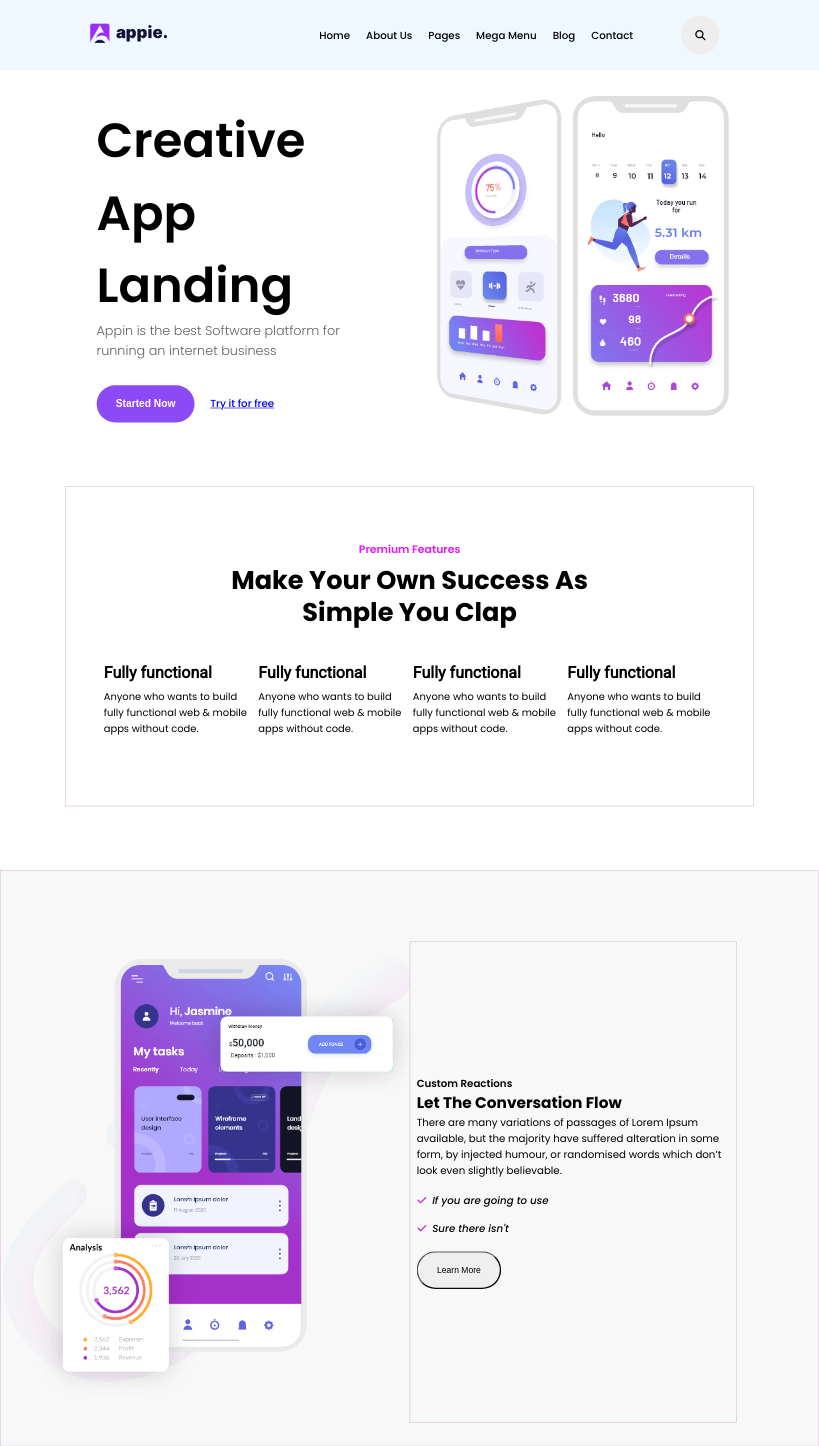
Repository: northpx/landingpage
Page: index.html
The author's editor kept a copy of each file at every save. The page is drawn from the files as they stood at one save, then again after a run of saves.
The browser window is 1280 px wide. The pictures show the whole page, at 64% of full size.

Above is the page before, as saved 2022-12-28 16:04:42.

After the next 3 saves:
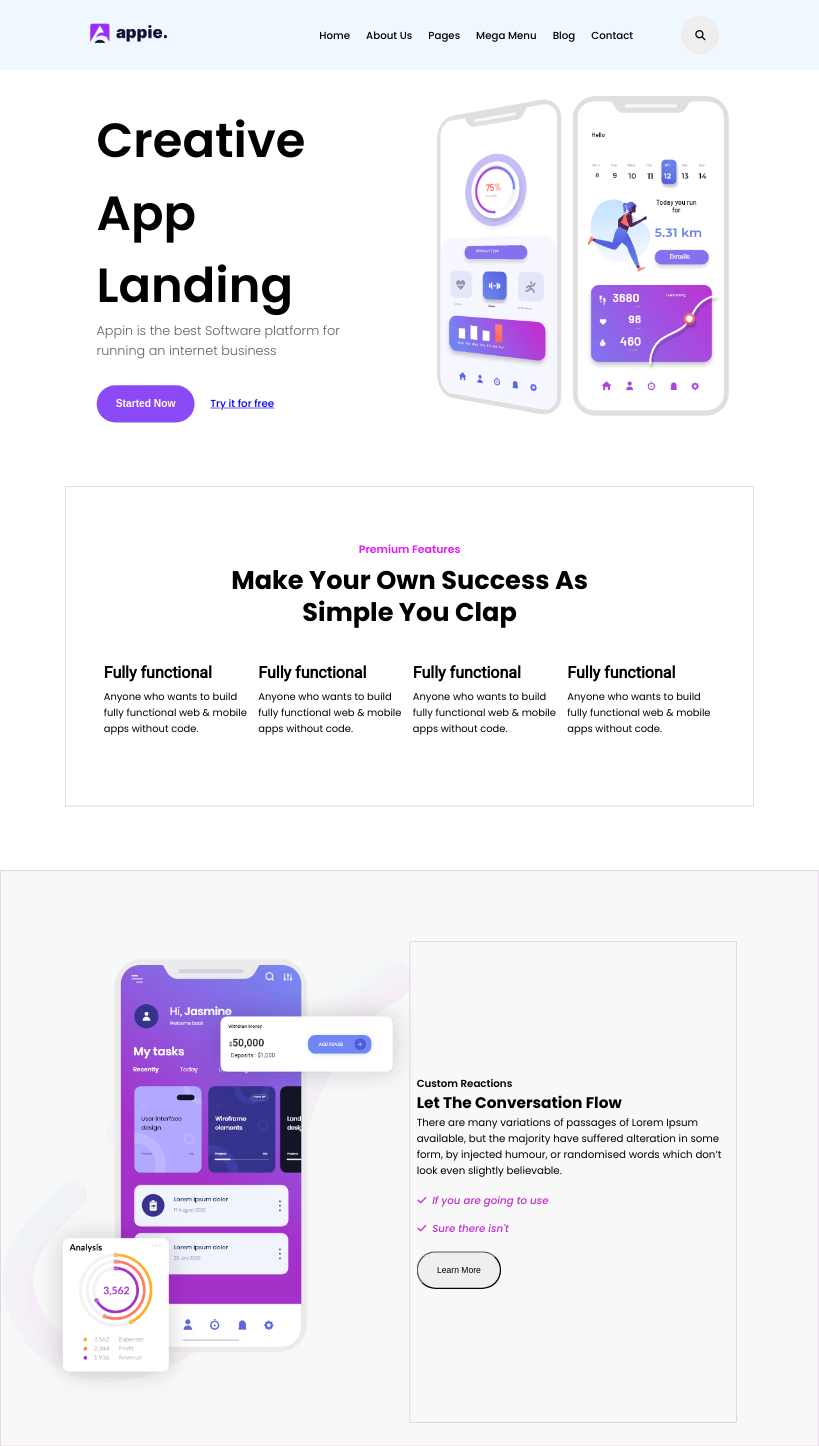
The 3 saves are shown as one change because they came seconds apart.
The last was saved 12 s later.
--- a/src/css/style.css
+++ b/src/css/style.css
@@ -248,6 +248,7 @@
 .content3 span{
     font-style: italic;
     font-weight: 500;
+    color: #c02ed1;
 }
 .fa-solid.fa-check{
     width: 20px;

After the 2 saves that followed:
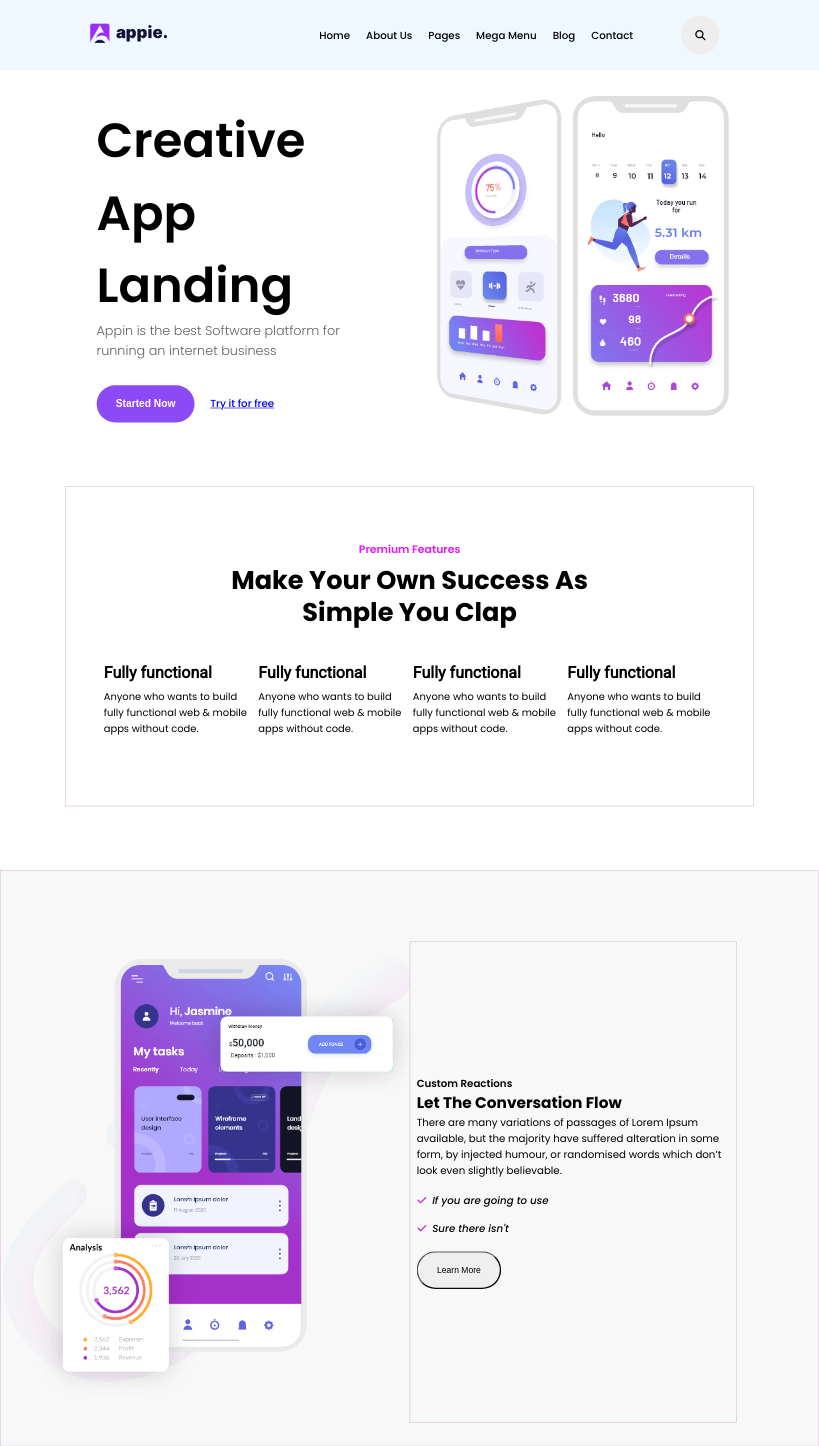
The 2 saves are shown as one change because they came seconds apart.
The last was saved 8 s later.
--- a/src/css/style.css
+++ b/src/css/style.css
@@ -248,7 +248,6 @@
 .content3 span{
     font-style: italic;
     font-weight: 500;
-    color: #c02ed1;
 }
 .fa-solid.fa-check{
     width: 20px;
